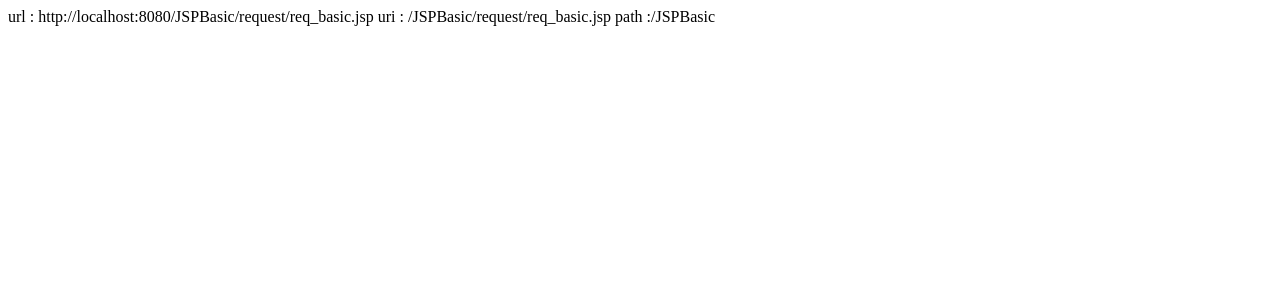
Repository: hyejux/jsp
Page: http://localhost/JSPBasic/request/req_basic.jsp
An editor plug-in stored every save of this project. The page is shown before and after the next save, followed by the edit.
The browser window is 1280 px wide. The pictures show the whole page.
The page is served by Tomcat 10. Nobody is signed in. The application's start-up code is not run. Other server files are loaded and not shown.

Above is the page before, as saved 2024-06-25 05:27:21.

### JSPBasic/src/main/webapp/request/req_basic.jsp
<%@ page language="java" contentType="text/html; charset=UTF-8"
    pageEncoding="UTF-8"%>

 <%

 StringBuffer url = request.getRequestURL();
 String uri = request.getRequestURI();
 String path = request.getContextPath();


 %>




<!DOCTYPE html>
<html>
<head>
<meta charset="UTF-8">
<title>Insert title here</title>
</head>
<body>

url : <%=url %>
uri : <%=uri %>
path :<%=path %>


</body>
</html>

After the next save:
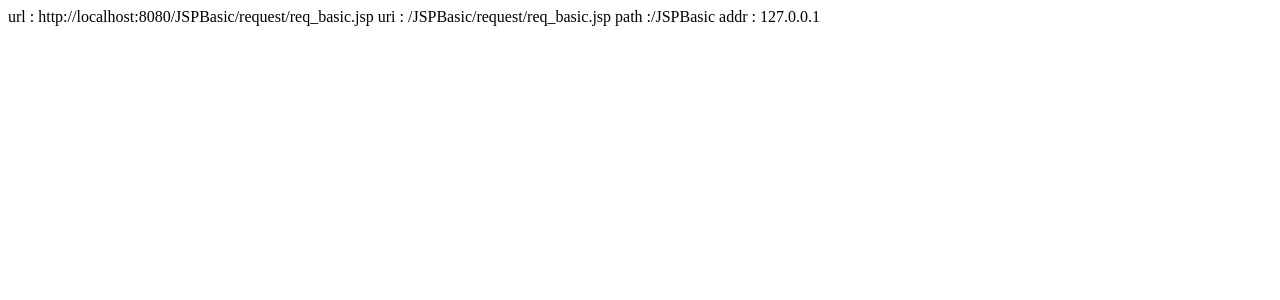
Saved 61 s later.
--- a/JSPBasic/src/main/webapp/request/req_basic.jsp
+++ b/JSPBasic/src/main/webapp/request/req_basic.jsp
@@ -7,6 +7,7 @@
  String uri = request.getRequestURI();
  String path = request.getContextPath();
 
+ String Addr = request.getRemoteAddr();
 
  %>
 
@@ -24,6 +25,7 @@
 url : <%=url %>
 uri : <%=uri %>
 path :<%=path %>
+addr : <%=Addr %>
 
 
 </body>
